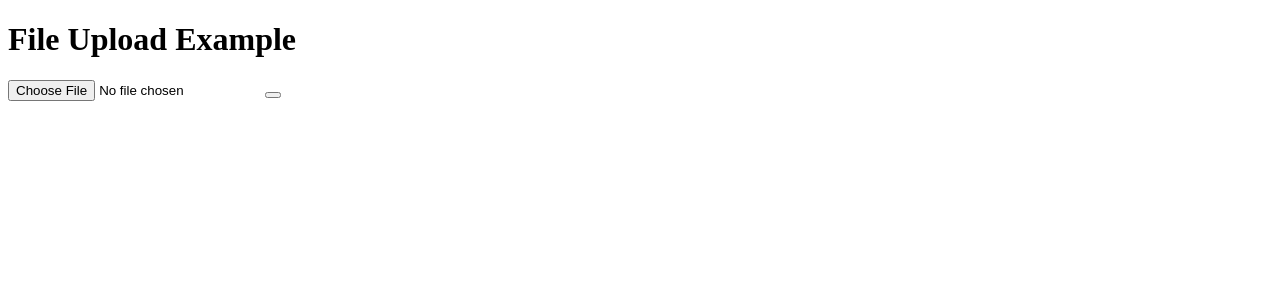
Repository: pmakanga/ConvertToBase64
Page: index.html
These files come from the project's save history. The page is drawn as it stood at one moment and after a run of saves; the edit follows.
The browser window is 1280 px wide. The pictures show the whole page.

Above is the page before, as saved 2020-02-16 14:55:15.

### index.html
<!DOCTYPE html>
<html lang="en">
<head>
    <meta charset="UTF-8">
    <meta name="viewport" content="width=device-width, initial-scale=1.0">
    <title>File Upload</title>
</head>
<body>
    <h1>File Upload Example</h1>
    <input type="file">
    <button type="button" id="submit"></button>
    <script>
        var input =document.querySelector('input[type=file]');
        input.onchange = function(){
            var file = input.files[0],
            reader = new FileReader()

            reader.onloadend = function() {
                var b64 = reader.result.replace(/^data:.+;base64,/, '');
                console.log(b64);
            };

            reader.readAsDataURL(file);
        }
    </script>
</body>
</html>

After the next 2 saves:
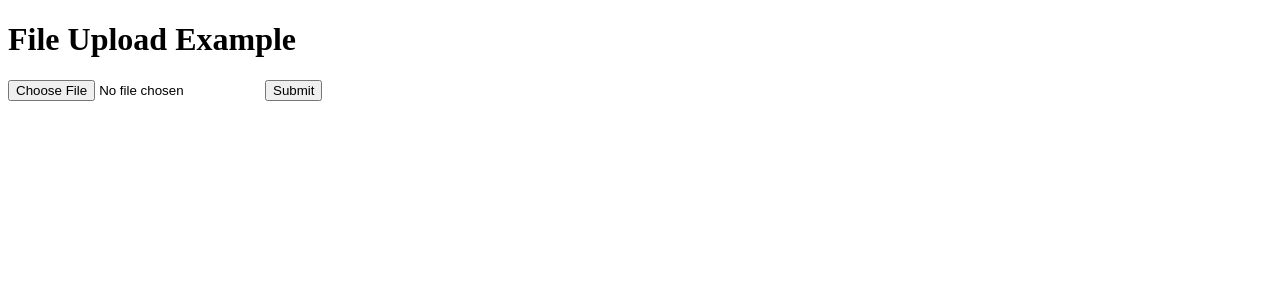
The 2 saves are shown as one change because they came seconds apart.
The last was saved 9 s later.
--- a/index.html
+++ b/index.html
@@ -8,7 +8,7 @@
 <body>
     <h1>File Upload Example</h1>
     <input type="file">
-    <button type="button" id="submit"></button>
+    <button type="button" id="submit">Submit</button>
     <script>
         var input =document.querySelector('input[type=file]');
         input.onchange = function(){
